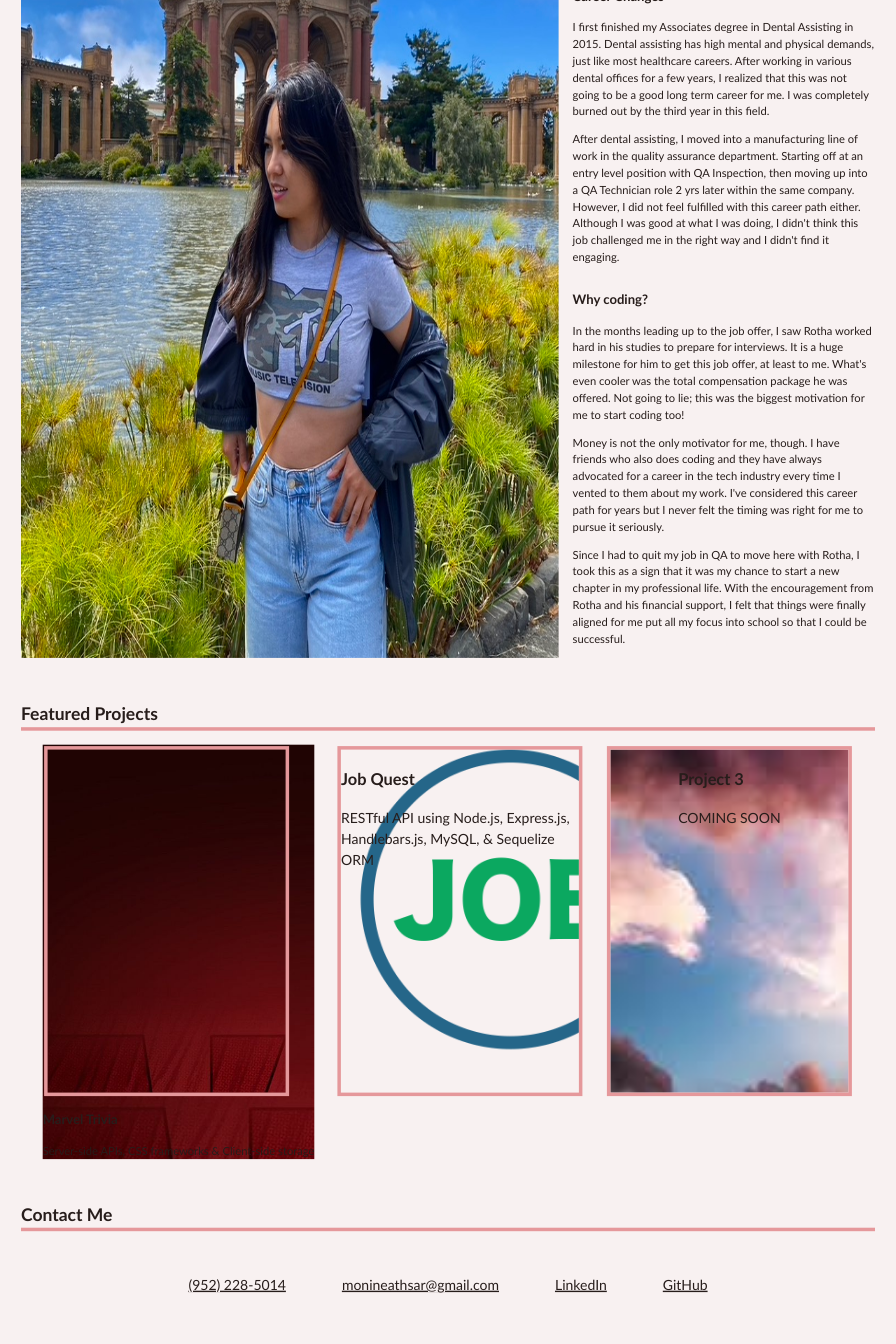
Repository: monineathsar/Challenge-2
Page: index.html
The author's editor kept a copy of each file at every save. The page is drawn from the files as they stood at one save, then again after the next save.
The browser window is 1280 px wide. The pictures show the part of the page from y = 677 to 2597 px (the page is 2597 px tall before and 2509 px after), at 70% of full size.

Above is the page before, as saved 2022-08-13 13:06:32.

### index.html
<!DOCTYPE html>
<html lang="en">

<head>
    <meta charset="UTF-8">
    <meta http-equiv="X-UA-Compatible" content="IE=edge">
    <meta name="viewport" content="width=device-width, initial-scale=1.0">
    <title>Sar, M. / Full-Stack Developer</title>
    <link rel="stylesheet" href="./assets/css/style.css">
</head>

<body>
    <!--main page header and nav bar-->
    <header>
        <div>
            <h1>Monineath Sar</h1>
            <span>Full-Stack bootcamp graduate of UCB Extention</span>
        </div>
        <nav>
            <a href="#about"><b>About Me</b></a>
            <a href="#projects"><b>Featured Projects</b></a>
            <a href=""><b>Resume</b></a>
            <a href="#contact"><b>Contact Me</b></a>
        </nav>
    </header>
    <main>
        <!--"About me" container-->
        <section id="about" class="page-section">
            <h2>About Me</h2>
            <!--tab links-->
            <div class="aboutMeDiv">
                <img src="./assets/images/profilePic.JPG" alt="Monineath Sar" width="auto" height="auto">
                <!--"Who am I" paragraph-->
                <div class="aboutMeSection">
                    <section id="who">
                        <h3>Who am I?</h3>
                        <p>
                            Hello all! My name is Monineath (MOH-ni-neeth). I know, it is a
                            unique name, isn't it? My grandpa named me after the Queen of Cambodia.
                            This was already a rare name back in my home country, but after coming
                            to the U.S. at the age of 8, I realize this name was even more of "one-of-a-kind".
                        </p>
                        <p>
                            I've lived in Minnesota ever since coming to the U.S.
                            You would think that I would've tolerated the winters pretty well after
                            spending most of my life with Minnesota cold temps (winter of 2020, temps
                            reached as cold as -30°F!). But nope, since my boyfriend, Rotha and I moved to San Jose in
                            March 2022, I've complained to him almost everyday that it's chilly here while completely
                            forgetting that we used to put up with snow in April in Minnesota.
                        </p>
                    </section>
                    <!--"work history" paragraph-->
                    <section id="work">
                        <h3>Career Changes</h3>
                        <p>
                            I first finished my Associates degree in Dental Assisting in 2015. Dental assisting has high
                            mental and physical demands, just like most healthcare careers. After working in various
                            dental offices for a few years, I realized that this was not going to be a good long term
                            career for me. I was completely burned out by the third year in this field.
                        <p>
                            After dental assisting, I moved into a manufacturing line of work in the quality
                            assurance department. Starting off at an entry level position with QA Inspection, then
                            moving up into a QA Technician role 2 yrs later within the same company. However, I did not
                            feel fulfilled with this career path either. Although I was good at what I was doing, I
                            didn't think this job challenged me in the right way and I didn't find it engaging.
                        </p>
                    </section>
                    <!--"why coding" paragraph-->
                    <section id="why">
                        <h3>Why coding?</h3>
                        <p>
                            In the months leading up to the job offer, I saw Rotha worked hard in his studies to prepare
                            for interviews. It is a huge milestone for him to get this job offer, at least
                            to me. What's even cooler was the total compensation package he was offered.
                            Not going to lie; this was the biggest motivation for me to start coding too!
                        </p>
                        <p>
                            Money is not the only motivator for me, though. I have friends
                            who also does coding and they have always advocated for a career in the tech
                            industry every time I vented to them about my work. I've considered this
                            career path for years but I never felt the timing was right for me to pursue it seriously.
                        </p>
                        <p>
                            Since I had to quit my job in QA to move here with Rotha, I took this as a sign that it was
                            my chance to start a new chapter in my professional life. With the encouragement from Rotha
                            and his financial support, I felt that things were finally aligned for me put all my focus
                            into school so that I could be successful.
                        </p>
                    </section>
                </div>
            </div>
        </section>
        <!--Featured Projects Container-->
        <section id="projects" class="page-section">
            <h2>Featured Projects</h2>
            <div class="projectContainer">


                <div class="project1">
                    <a href="https://monineathsar.github.io/Marvel_Trivia1.0/" class="projectsBoxes project1"
                    target="_blank"></a>
                    <h3>Marvel Trivia</h3>
                    <span>Server-side APIs, CSS frameworks & Client-side storage</span>
                </div>


                <a href="https://jobquest.herokuapp.com/" class="projectsBoxes project2" target="_blank">
                    <div>
                        <h3>Job Quest</h3>
                        <span>RESTful API using Node.js, Express.js, Handlebars.js, MySQL, & Sequelize ORM </span>
                    </div>
                </a>

                <a href="" class="projectsBoxes project3">
                    <div>
                        <h3>Project 3</h3>
                        <span>COMING SOON</span>
                    </div>
                </a>
            </div>
        </section>
        <section id="contact" class="page-section">
            <h2>Contact Me</h2>
            <div class="contactMe">
                <a href="tel:+9522285014">(952) 228-5014</a>
                <a href="mailto:monineathsar@gmail.com">monineathsar@gmail.com</a>
                <a href="https://www.linkedin.com/in/monineath-sar-978657236/">LinkedIn</a>
                <a href="https://github.com/monineathsar">GitHub</a>
            </div>
        </section>
    </main>

</body>

</html>

### assets/css/style.css
* {
    box-sizing: border-box;
}
body {
    margin: 0;
    padding: 0;
    font-family: 'Trebuchet MS', 'Lucida Sans Unicode', 'Lucida Grande', 'Lucida Sans', Arial, sans-serif;
    color: #271D1B;
    background-color: #F8F1F1;
    line-height: 1.5;
}
/*Header Flex container*/
header {
    padding: 0px 15px 0px 30px;
    display: flex;
    flex-direction: row;
    justify-content: space-between;
    flex-wrap: wrap;
    align-items: flex-start;
}

/*My name and span message flexbox*/
header div {
    display: flex;
    justify-content: end;
    flex-direction: column;
    flex-wrap: wrap;
    align-items: flex-start;
    color: #F8F1F1;
    padding: 0px 85px 0px 50px;
    margin: 0px;
    background-color: #E5989B;
}

/*Header Nav Flexbox*/
header nav {
    display: flex;
    flex-direction: row;
    flex-wrap: wrap;
    font-size: large;
    margin-top: 30px;
    padding: 0px;
}

/*Header Nav Bar text style*/
nav a {
    margin-left: 30px;
    padding: 15px;
    text-decoration: none;
    color: #271D1B;
}

main {
    margin-top: 10px;
    margin-bottom: 20px;
}

.page-section {
    display: flex;
    flex-direction: column;
    flex-wrap: wrap;
    margin: 20px;
    padding: 10px;
}

h2 {
    border-bottom: 5px solid #E5989B;
    font-size: 25px;
}

/*AboutMe-section container */
.aboutMeDiv {
    display: flex;
    justify-content: flex-start;
    flex-direction: row;
    flex-wrap: nowrap;
}

/*AboutMe flexbox*/
.aboutMeSection {
    display: flex;
    justify-content: flex-start;
    flex-direction: column;
    flex-wrap: wrap;
    align-items: flex-start;
    margin-left: 20px;
}

/*Project-setion container*/
.projectContainer {
    display: flex;
    flex-wrap: wrap;
    flex-direction: row;
    justify-content: space-evenly;
}

/*Each project flexboxes*/
.projectsBoxes {
    display: flex;
    align-items: flex-start;
    justify-content: center;
    padding: 0 0 20px 0;
    margin: 2px;
    text-decoration: none;
    border: 5px solid #E5989B;
    color: #271D1B;
    height: 500px;
    width: 350px;
    background-size: 250%;
}

/*background pics of project flexboxes*/
.project1 {
    background-image: url('marvelLogo.jpg');
    object-fit: contain;
}

.project2 {
    background-image: url(./images/JobQuestLogo.jpeg);
}

.project3 {
    background-image: url(/Users/monineathsar/Desktop/Bootcamp/homework/Challenge-2/assets/images/images3.jpeg);
}
/*Contact me container*/
.contactMe {
    display: flex;
    justify-content: center;
    flex-direction: row;
    align-items: center;
    flex-wrap: wrap;
}
/*contact me nav bar flexbox*/
div a {
    display: flex;
    justify-content: space-between;
    flex-wrap: nowrap;
    align-items: center;
    margin: 20px;
    padding: 20px;
    color: #271D1B;
    font-size: 20px;
}

After the next save:
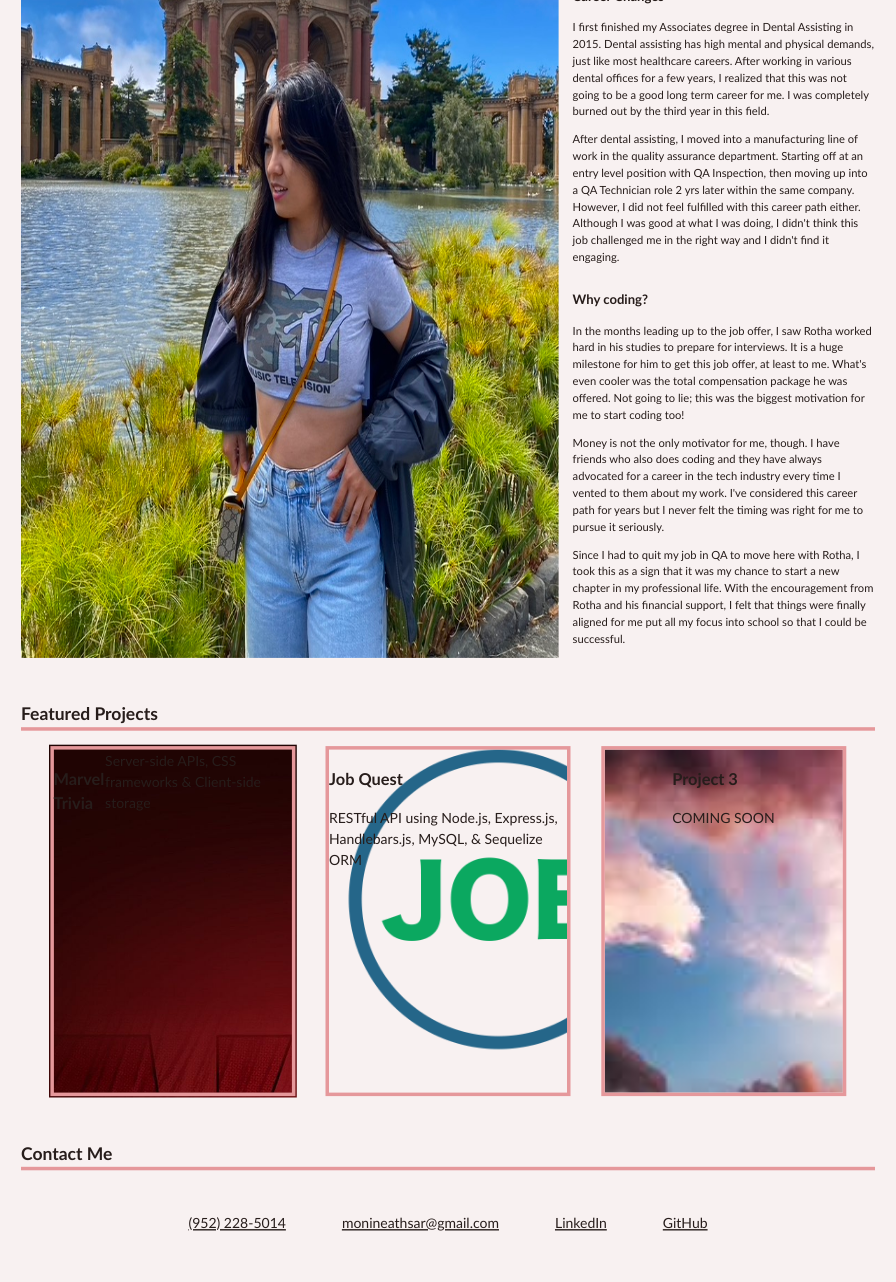
Saved 93 s later.
--- a/index.html
+++ b/index.html
@@ -98,9 +98,10 @@
 
                 <div class="project1">
                     <a href="https://monineathsar.github.io/Marvel_Trivia1.0/" class="projectsBoxes project1"
-                    target="_blank"></a>
+                    target="_blank">
                     <h3>Marvel Trivia</h3>
                     <span>Server-side APIs, CSS frameworks & Client-side storage</span>
+                    </a>
                 </div>
 
 
